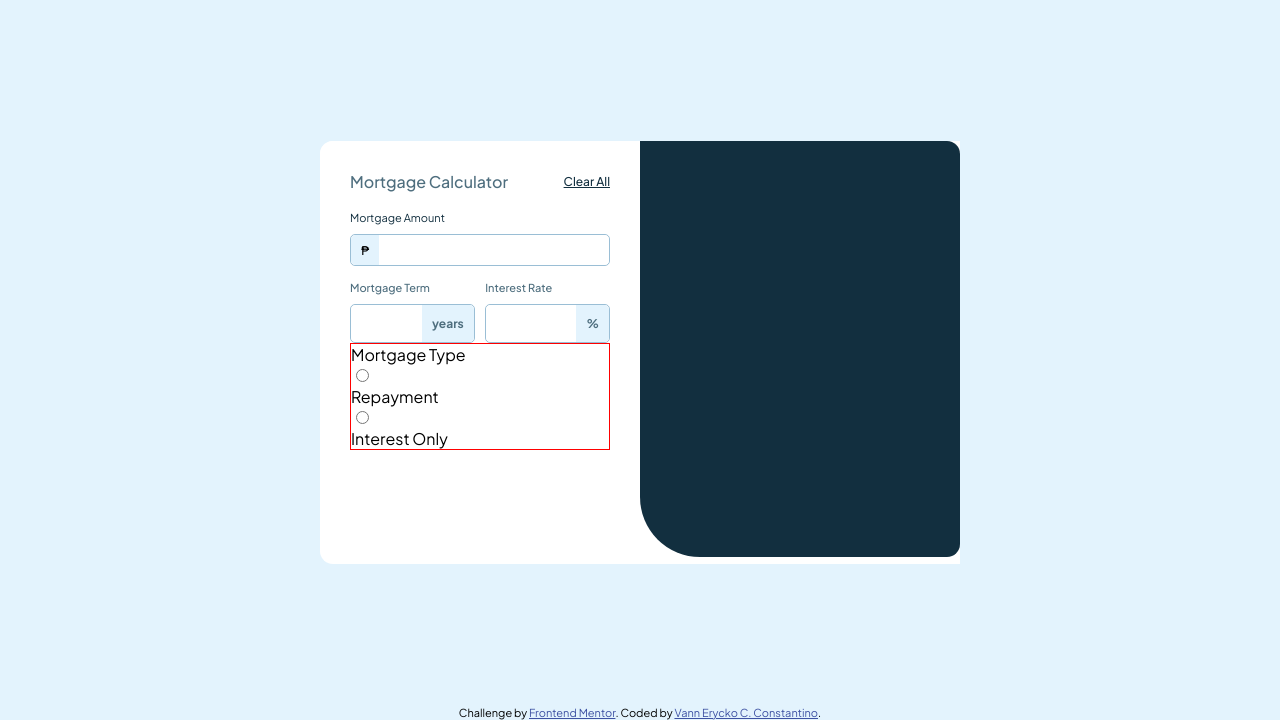
Repository: kocokoy/mortgage-repayment-calculator
Page: index.html
These files come from the project's save history. The page is drawn as it stood at one moment and after the next save; the edit follows.
The browser window is 1280 px wide. The pictures show the whole page.

Above is the page before, as saved 2024-10-29 14:08:22.

After the next save:
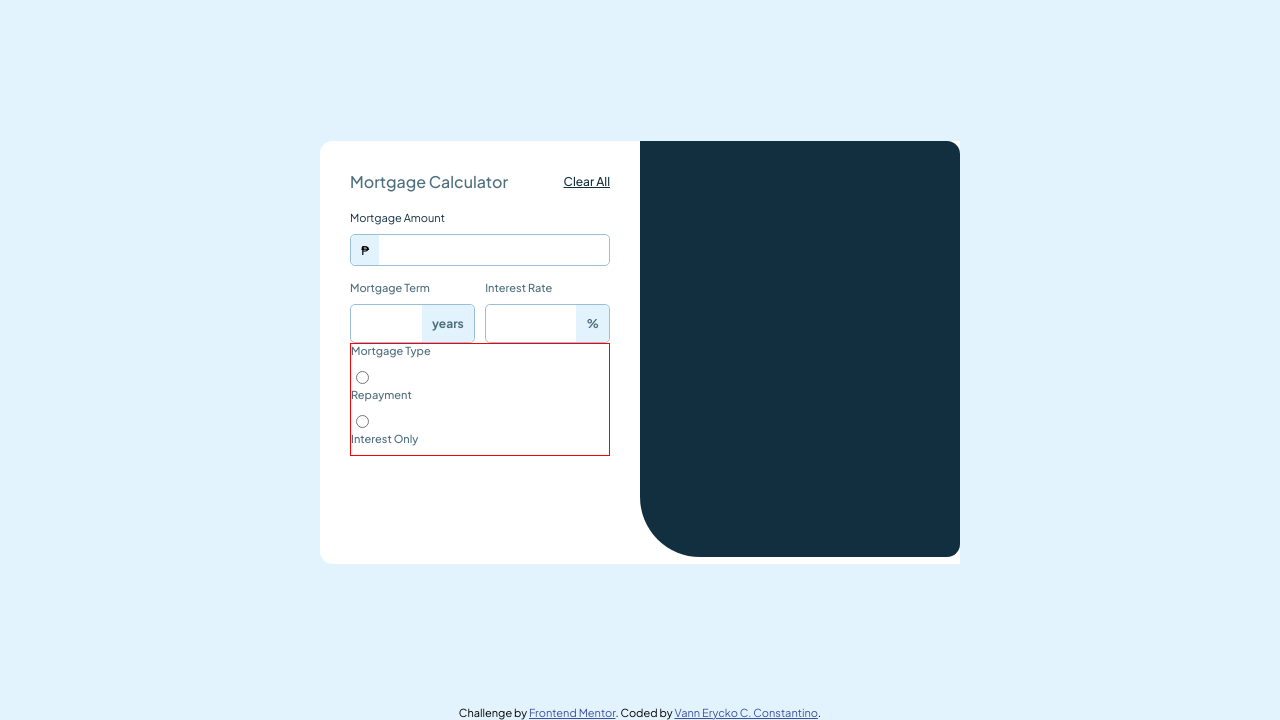
Saved 15 s later.
--- a/styles/style.css
+++ b/styles/style.css
@@ -205,6 +205,9 @@ padding: 30px;
 }
 
 .mortgage-calculator-type p{
-
-  margin: 0;
-}
+  margin: 0;
+  font-size: 11px;
+  color: var(--slate700);
+  padding-bottom: 10px;
+  font-weight: 500;
+}
